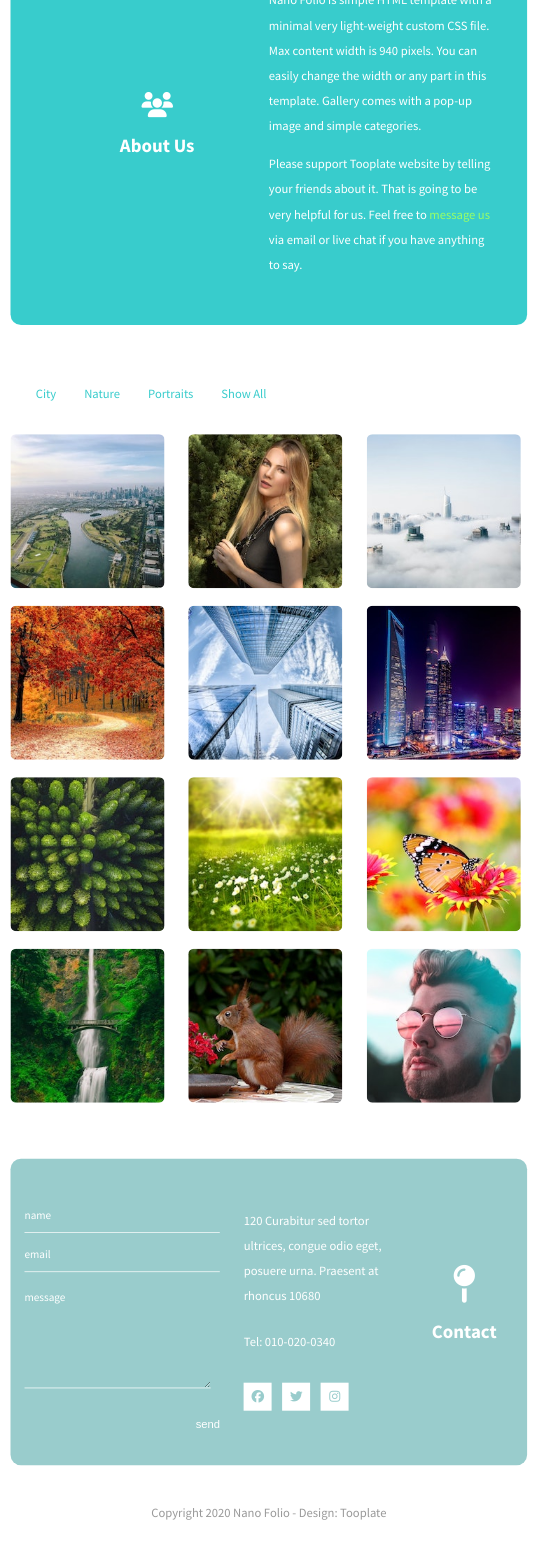
Repository: BuiVanVu102/Tooplate
Page: index.html
The author's editor kept a copy of each file at every save. The page is drawn from the files as they stood at one save, then again after the next save.
The browser window is 768 px wide. The pictures show the part of the page from y = 665 to 2905 px (the page is 2905 px tall before and 2830 px after), at 70% of full size.
Some web libraries are served in a nearby version. The style sheet was rebuilt from its Sass, Less or Tailwind sources for each picture, by a compiler version that may differ from the author's.

Above is the page before, as saved 2021-11-17 12:47:25.

After the next save:
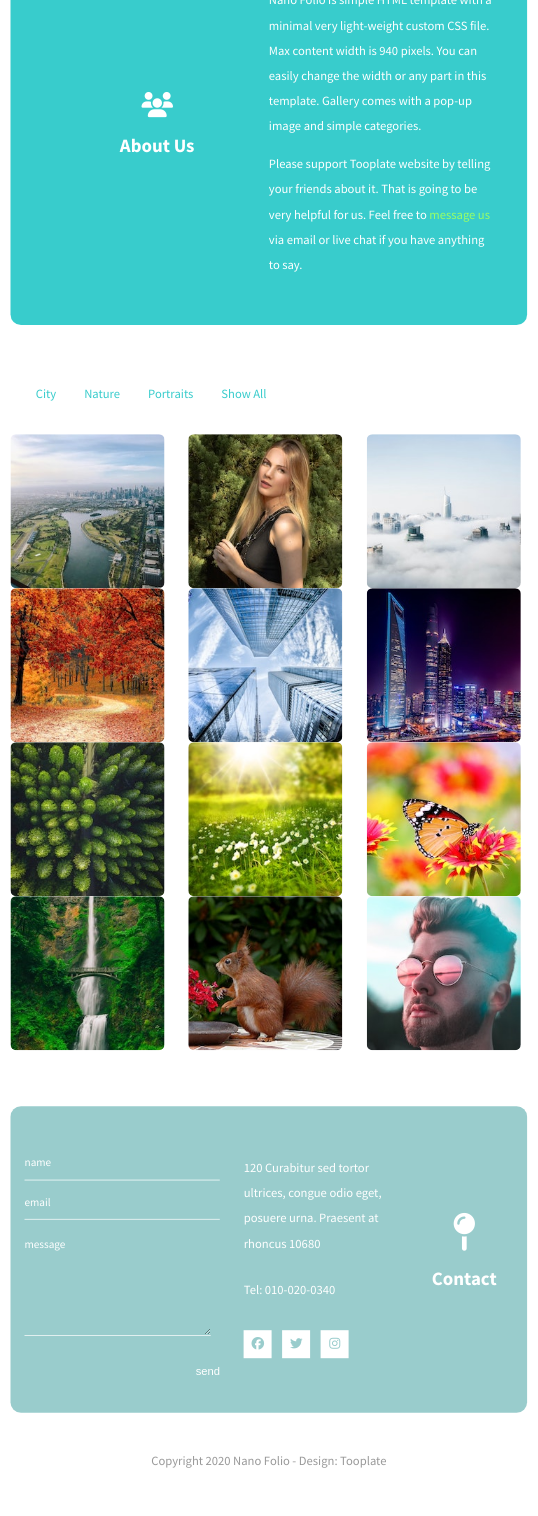
Saved 4 s later.
--- a/sass/_show.scss
+++ b/sass/_show.scss
@@ -48,7 +48,7 @@
 	.show__list {
 		display: grid;
 		grid-template-columns: repeat(3, 1fr);
-		gap: 25px 25px;
+		gap: 0 25px;
 
 	}
 	.menu {

After the save that followed:
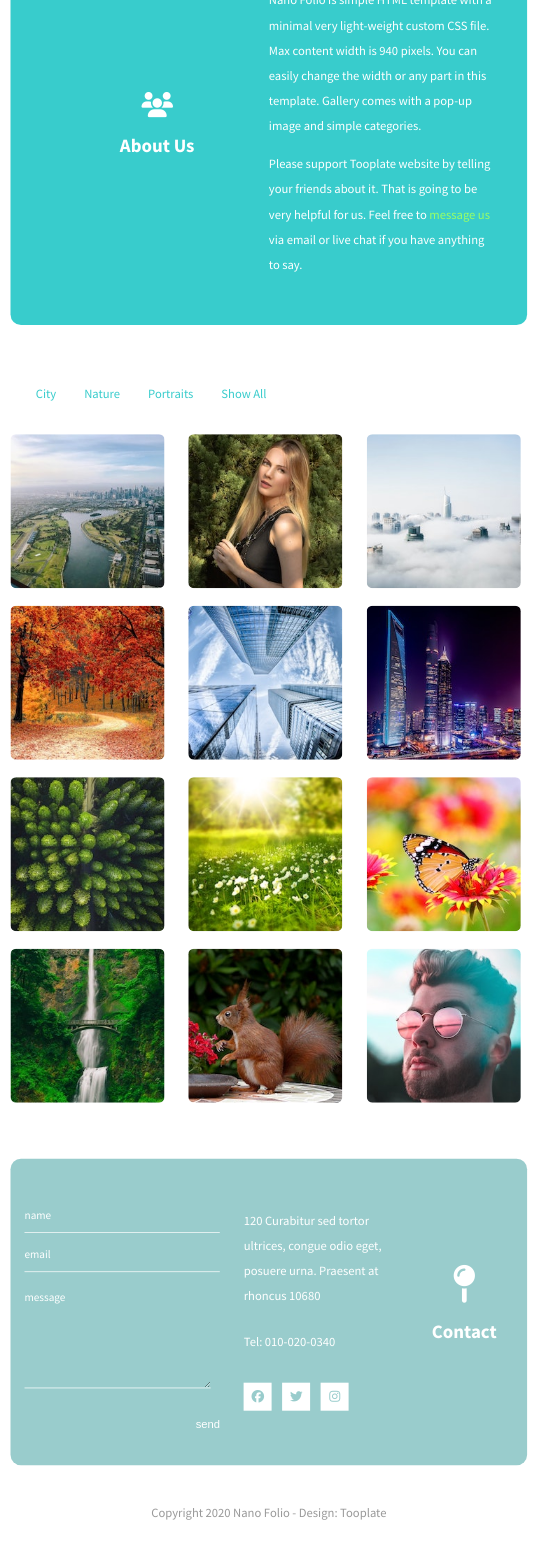
Saved 7 s later.
--- a/sass/_show.scss
+++ b/sass/_show.scss
@@ -48,7 +48,7 @@
 	.show__list {
 		display: grid;
 		grid-template-columns: repeat(3, 1fr);
-		gap: 0 25px;
+		gap: 25px 25px;
 
 	}
 	.menu {
